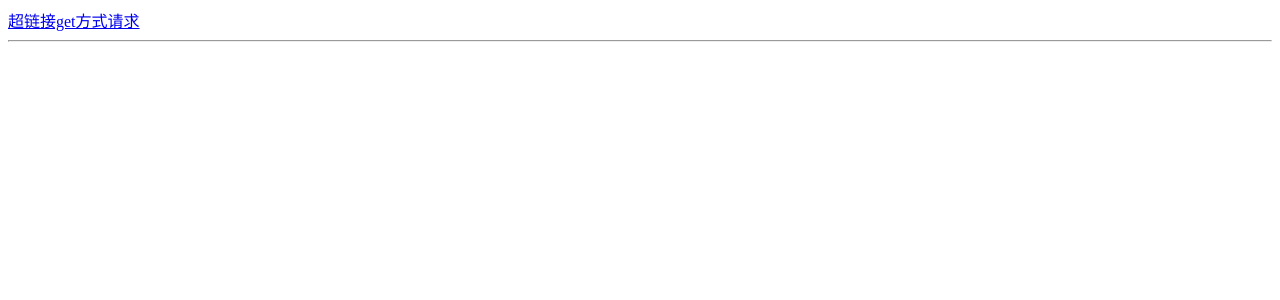
Repository: frankstar007/java
Page: http://localhost/Servlet_Study/filterTest.jsp
An editor plug-in stored every save of this project. The page is shown before and after the next save, followed by the edit.
The browser window is 1280 px wide. The pictures show the whole page.
The page is served by Tomcat 9. Nobody is signed in. The application's start-up code is not run.

Above is the page before, as saved 2016-05-10 03:09:07.

After the next save:
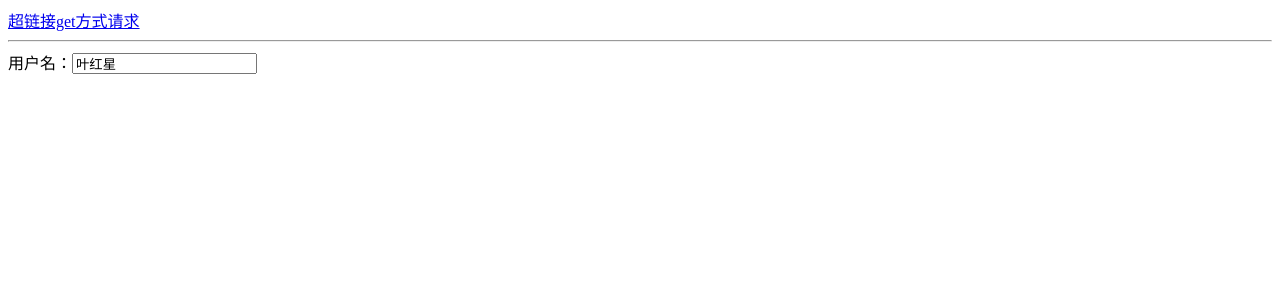
Saved 45 s later.
--- a/Servlet_Study/WebContent/filterTest.jsp
+++ b/Servlet_Study/WebContent/filterTest.jsp
@@ -15,6 +15,9 @@
 	<a href="${servletDemo1 }">超链接get方式请求</a>
 	<hr/>
 
-	<form action="${pageContext.request.contextPath }/ServletDemo1" method="post"></form>
+	<form action="${pageContext.request.contextPath }/ServletDemo1" method="post">
+		用户名：<input type="text" name="username" value="叶红星">
+
+	</form>
 </body>
 </html>
